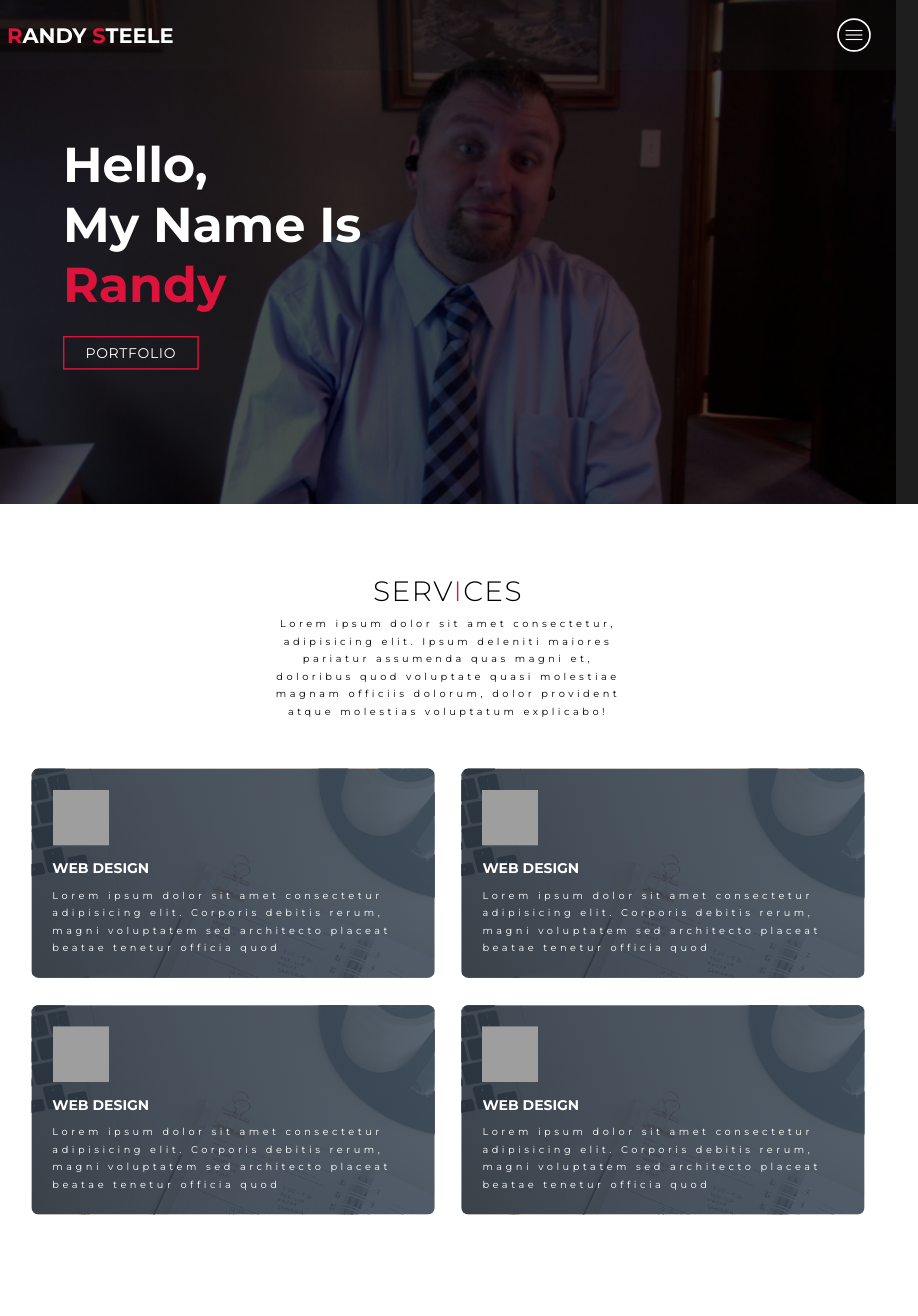
Repository: randysteele/my-portfolio-2023
Page: index.html
An editor plug-in stored every save of this project. The page is shown before and after the next save, followed by the edit.
The browser window is 1280 px wide. The page is 1311 px wide, so the pictures cover 1311 px, including what lies to the right of the window. The pictures show the part of the page from y = 0 to 1880 px (the page is 5855 px tall), at 70% of full size.
Pictures or frames that could not be fetched are drawn as grey boxes.

Above is the page before, as saved 2023-04-24 18:41:46.

After the next save:
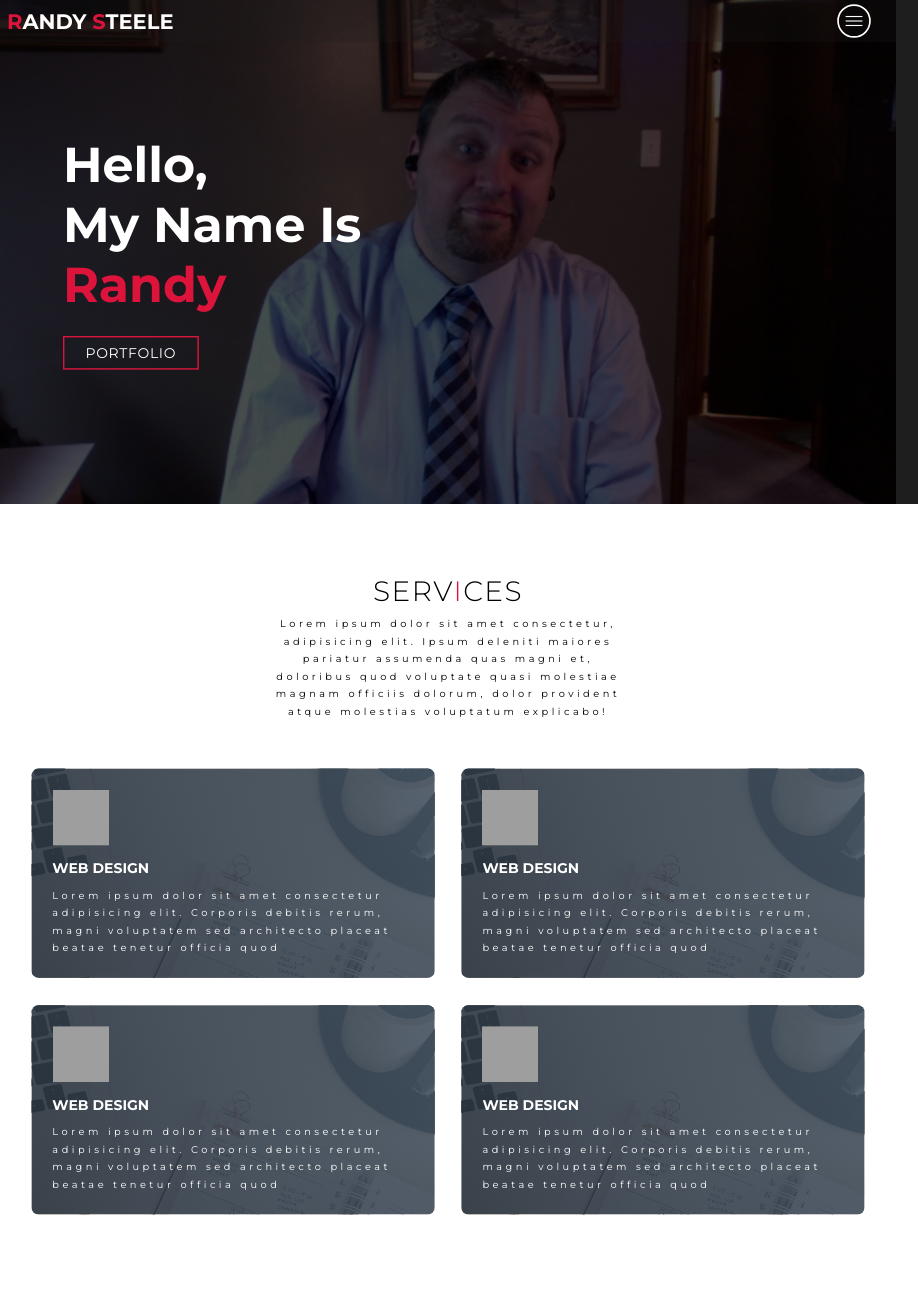
Saved 8 s later.
--- a/style.css
+++ b/style.css
@@ -138,7 +138,7 @@ p {
     z-index: 100;
     cursor: pointer;
     transform: scale(0.8);
-    margin: 20px;
+    margin-right: 20px;
 }
 #header .hamburger .bar{
     height: 2px;
